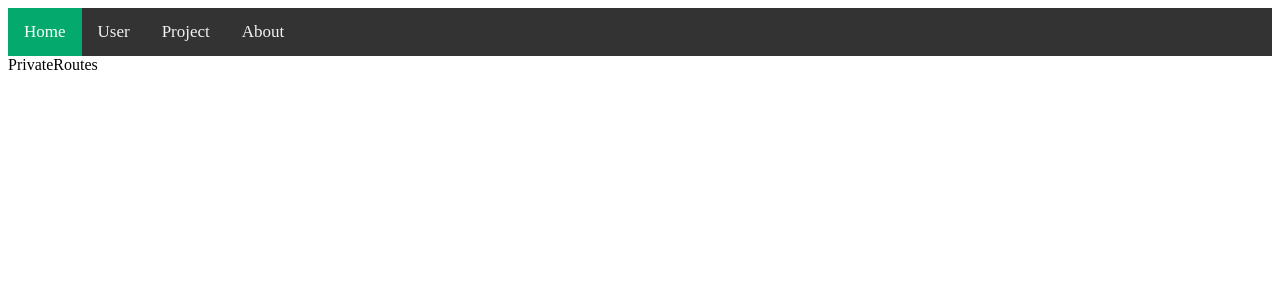
Repository: minhtien9/jwt_Reactjs_Frontend
Page: /register
These files come from the project's save history. The page is drawn as it stood at one moment and after the next save; the edit follows.
The browser window is 1280 px wide. The pictures show the whole page.
The project was rebuilt for these pictures with package versions that can differ from the ones it lists, and the page was loaded fresh each time. Also part of the build but not shown: src/App.scss, src/services/userService.js, src/components/Login/Login.scss, src/components/Login/Login.js, src/components/ManageUsers/Users.js, src/components/Register/Register.scss, src/components/Register/Register.js.

Above is the page before, as saved 2022-05-28 23:11:56.

After the next save:
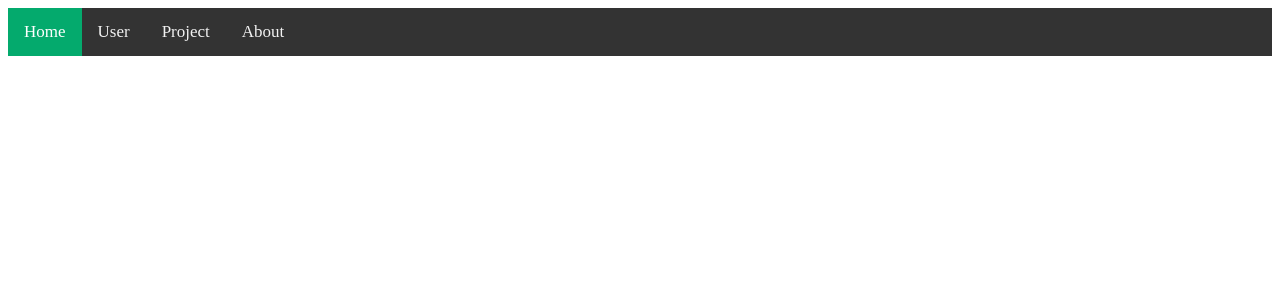
Saved 16 s later.
--- a/src/routes/PrivateRoutes.js
+++ b/src/routes/PrivateRoutes.js
@@ -1,7 +1,12 @@
 import React from 'react'
+import { Route, Switch } from 'react-router-dom'
 
 const PrivateRoutes = () => {
-    return <div>PrivateRoutes</div>
+    return (
+        <div>
+            <Route></Route>
+        </div>
+    )
 }
 
 export default PrivateRoutes
